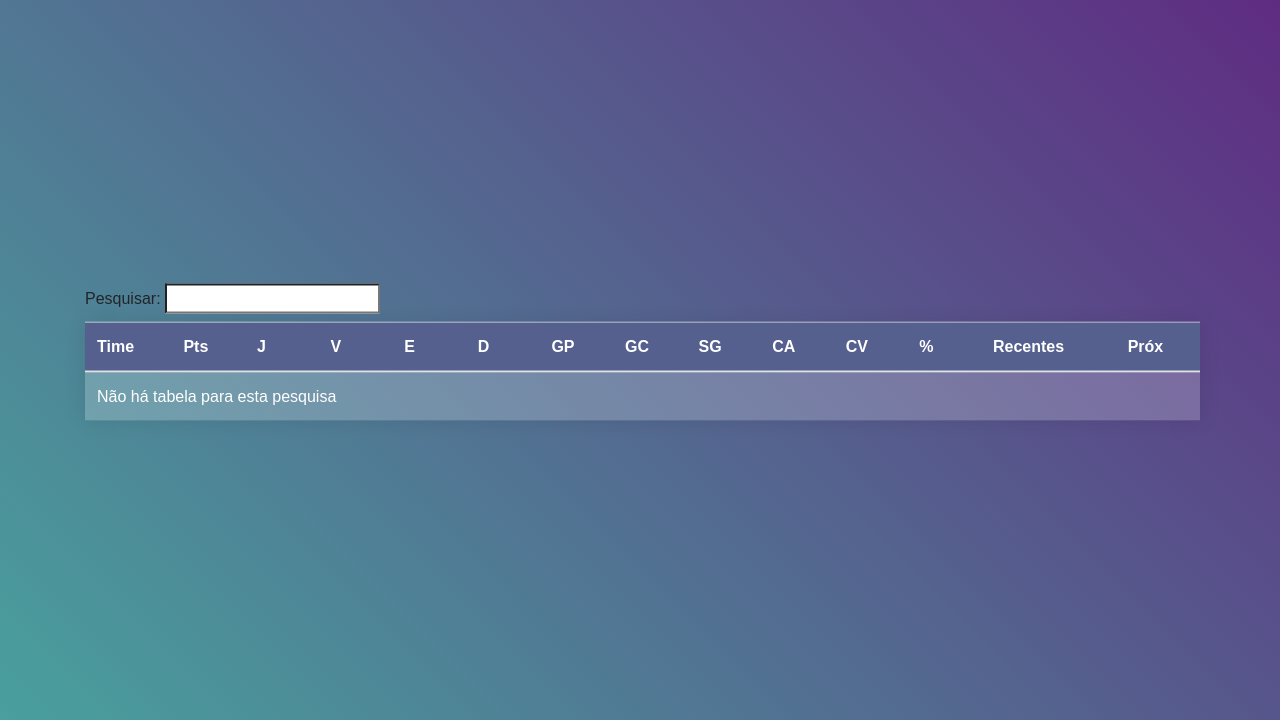
Repository: danielvieira7/campeonato-brasileiro-embed
Page: index.html
An editor plug-in stored every save of this project. The page is shown before and after the next save, followed by the edit.
The browser window is 1280 px wide. The pictures show the whole page.
The page's requests for data from a server got no answer. Some web libraries are served in a nearby version.

Above is the page before, as saved 2021-02-11 23:48:28.

### index.html
<!doctype html>
<html lang="en">
<head>
    <title>Tabela do Campeonato Brasileiro</title>
    <!-- Required meta tags -->
    <meta charset="utf-8">
    <meta name="viewport" content="width=device-width, initial-scale=1, shrink-to-fit=no">

    <!-- Bootstrap CSS -->
    <link rel="stylesheet" href="https://stackpath.bootstrapcdn.com/bootstrap/4.3.1/css/bootstrap.min.css" integrity="sha384-ggOyR0iXCbMQv3Xipma34MD+dH/1fQ784/j6cY/iJTQUOhcWr7x9JvoRxT2MZw1T" crossorigin="anonymous">
    <!-- <link rel="stylesheet" href="//cdn.datatables.net/1.10.23/css/jquery.dataTables.min.css"> -->
    <link rel="stylesheet" href="style.css">
</head>
<body>

    <div class="container">
        <table class="table" id="tabela-campeonato-brasileiro">
            <thead>
                <tr>
                    <th>Time</th>
                    <th>Pts</th>
                    <th>J</th>
                    <th>V</th>
                    <th>E</th>
                    <th>D</th>
                    <th>GP</th>
                    <th>GC</th>
                    <th>SG</th>
                    <th>CA</th>
                    <th>CV</th>
                    <th>%</th>
                    <th>Recentes</th>
                    <th>Próx</th>
                </tr>
            </thead>
            <tbody>
                <tr>
                    <td scope="row"></td>
                    <td></td>
                    <td></td>
                    <td></td>
                    <td></td>
                    <td></td>
                    <td></td>
                    <td></td>
                    <td></td>
                    <td></td>
                    <td></td>
                    <td></td>
                    <td></td>
                    <td></td>
                </tr>
            </tbody>
        </table>
    </div>

    <!-- Optional JavaScript -->
    <!-- jQuery first, then Popper.js, then Bootstrap JS -->
    <script src='https://cdnjs.cloudflare.com/ajax/libs/jquery/3.5.1/jquery.min.js' integrity='sha512-bLT0Qm9VnAYZDflyKcBaQ2gg0hSYNQrJ8RilYldYQ1FxQYoCLtUjuuRuZo+fjqhx/qtq/1itJ0C2ejDxltZVFg==' crossorigin='anonymous'></script>

    <script src="https://cdnjs.cloudflare.com/ajax/libs/popper.js/1.14.7/umd/popper.min.js" integrity="sha384-UO2eT0CpHqdSJQ6hJty5KVphtPhzWj9WO1clHTMGa3JDZwrnQq4sF86dIHNDz0W1" crossorigin="anonymous"></script>
    <script src="https://stackpath.bootstrapcdn.com/bootstrap/4.3.1/js/bootstrap.min.js" integrity="sha384-JjSmVgyd0p3pXB1rRibZUAYoIIy6OrQ6VrjIEaFf/nJGzIxFDsf4x0xIM+B07jRM" crossorigin="anonymous"></script>
    <script src="//cdn.datatables.net/1.10.23/js/jquery.dataTables.min.js"></script>
    <script src="app.js"></script>
</body>
</html>

### style.css
html,
body {
	height: 100%;
}
body {
	margin: 0;
	background: linear-gradient(45deg, #49a09d, #5f2c82);
	font-family: sans-serif;
	font-weight: 100;
}
.container {
	position: absolute;
	top: 50%;
	left: 50%;
	transform: translate(-50%, -50%);
}
table {
	width: 800px;
	border-collapse: collapse;
	overflow: hidden;
	box-shadow: 0 0 20px rgba(0, 0, 0, 0.1);
}
th,
td {
	padding: 15px;
	background-color: rgba(255, 255, 255, 0.2);
	color: #fff;
}
th {
	text-align: left;
}
thead th {
	background-color: #55608f;
}
tbody tr:hover {
	background-color: rgba(255, 255, 255, 0.3);
}
tbody td {
	position: relative;
}
tbody td:hover:before {
	content: "";
	position: absolute;
	left: 0;
	right: 0;
	top: -9999px;
	bottom: -9999px;
	background-color: rgba(255, 255, 255, 0.2);
	z-index: -1;
}

### app.js
var tabelaCampeonatoBrasileiro

$(function () {


    var options = {
        "searching": true,
        "paging": false,
        "info": false,
        "ajax": "https://danielvieira7.github.io/campeonato-brasileiro-json-api/campeonato-brasileiro.json",
        // "ajax": "json.json",
        "dom": '<"top"if>rt<"bottom"><"clear">',
        "language": { "emptyTable": "Não há tabela para esta pesquisa",
            "sInfo": "Exibindo um total de _TOTAL_ times.",
            "sInfoEmpty": "",
            "search": "Pesquisar: ",
            "infoFiltered": "",
            "sZeroRecords": "Não há tabela para esta pesquisa",},
        columns: [
            {"data": "nome"},
            {"data": "pontos"},
            {"data": "jogos"},
            {"data": "vitorias"},
            {"data": "empates"},
            {"data": "derrotas"},
            {"data": "gols_pro"},
            {"data": "gols_contra"},
            {"data": "saldo_gols"},
            {"data": "cartoes_amarelo"},
            {"data": "cartoes_vermelhos"},
            {"data": "aproveitamento"},
            {"data": "recentes"},
            {"data": "proximo_adversario"},
        ],
        columnDefs:[
            { "targets": 0, "width": "5%", "className": "dt-center"},
            { "targets": 1, "width": "5%", "className": "dt-center"},
            { "targets": 2, "width": "5%", "className": "dt-center"},
            { "targets": 3, "width": "5%", "className": "dt-center"},
            { "targets": 4, "width": "5%", "className": "dt-center"},
            { "targets": 5, "width": "5%", "className": "dt-center"},
            { "targets": 6, "width": "5%", "className": "dt-center"},
            { "targets": 7, "width": "5%", "className": "dt-center"},
            { "targets": 8, "width": "5%", "className": "dt-center"},
            { "targets": 9, "width": "5%", "className": "dt-center"},
            { "targets": 10, "width": "5%", "className": "dt-center"},
            { "targets": 11, "width": "5%", "className": "dt-center"},
            { "targets": 12, "width": "5%", "className": "dt-center"},
            { "targets": 13, "width": "5%", "className": "dt-center"},
        ],
        "order": [[ 1, "desc" ]],
        "pageLength": 25
    }

    tabelaCampeonatoBrasileiro = $("#tabela-campeonato-brasileiro").DataTable(options)

})

After the next save:
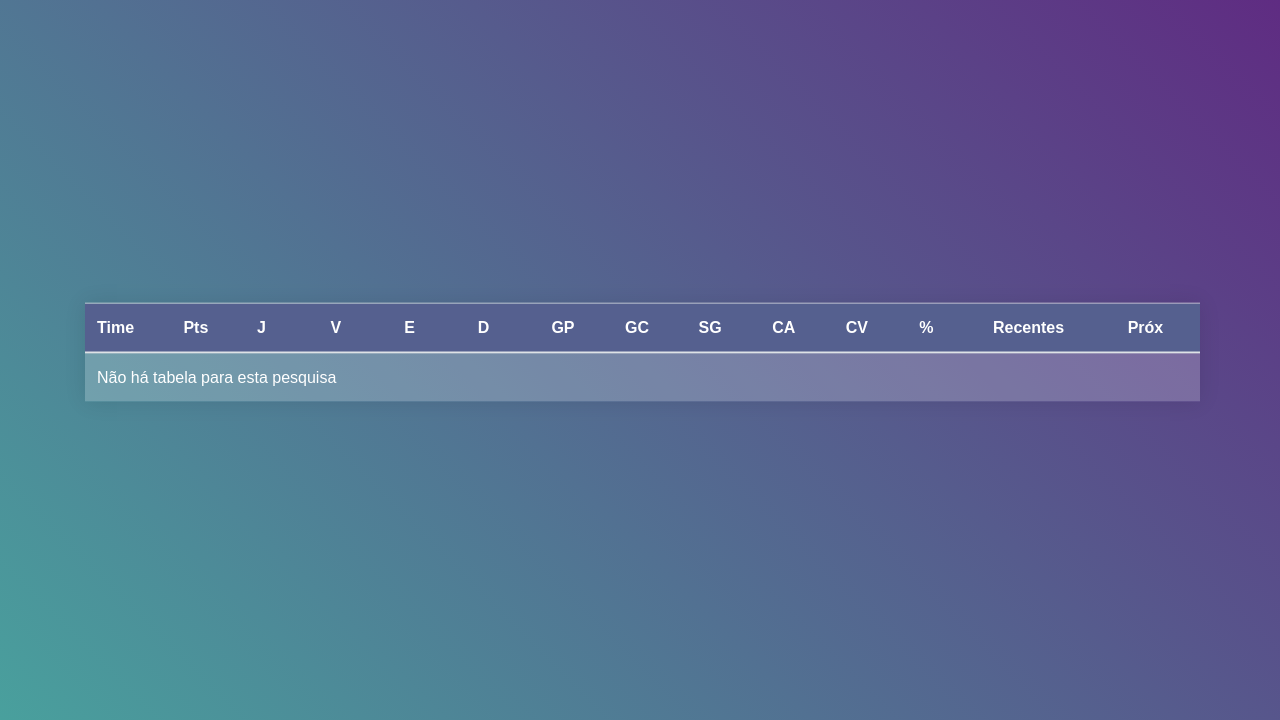
Saved 40 s later.
--- a/app.js
+++ b/app.js
@@ -4,7 +4,7 @@ $(function () {
 
 
     var options = {
-        "searching": true,
+        "searching": false,
         "paging": false,
         "info": false,
         "ajax": "https://danielvieira7.github.io/campeonato-brasileiro-json-api/campeonato-brasileiro.json",
